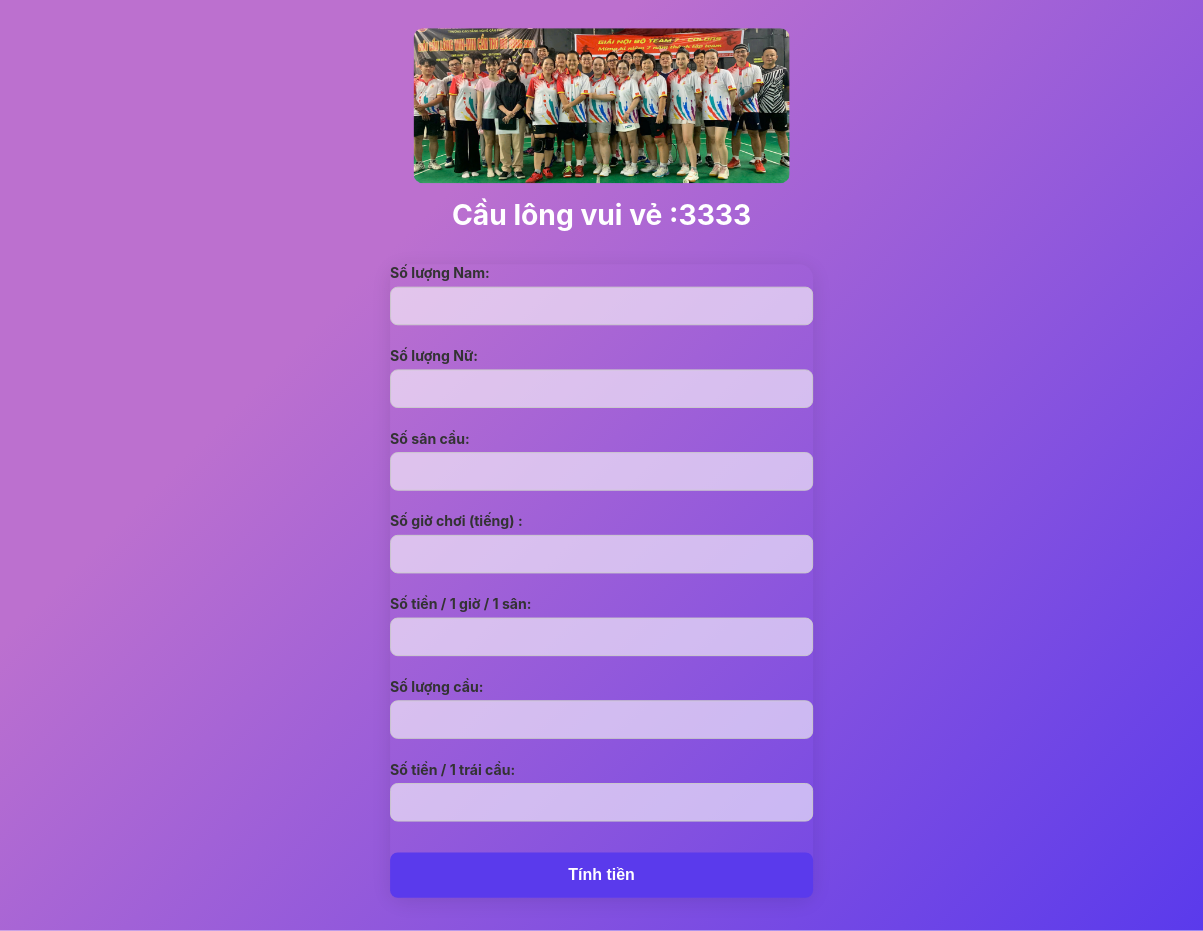
Repository: LuongPTCE181311/Badminton
Page: index.html
An editor plug-in stored every save of this project. The page is shown before and after the next save, followed by the edit.
The browser window is 1280 px wide. The pictures show the whole page, at 94% of full size.

Above is the page before, as saved 2025-12-08 00:44:18.

### index.html
<!DOCTYPE html>
<html lang="vi">

<head>
    <meta charset="UTF-8" />
    <meta name="viewport" content="width=device-width, initial-scale=1.0" />
    <title>Tính Tiền Sân Cầu Lông</title>
    <link rel="stylesheet" href="assets/css/style.css" />
</head>

<body>


    <div class="hero">
        <img src="assets/images/Caulongvuive.jpg" id="img" class="hero-img" alt="Group" />
        <h1 class="title">Cầu lông vui vẻ :3333</h1>
    </div>


    <div class="container">
        <form id="calcForm">


            <div class="form-group">
                <label>Số lượng Nam:</label>
                <input type="number" id="men" />
                <span class="error" id="men_err"></span>
            </div>


            <div class="form-group">
                <label>Số lượng Nữ:</label>
                <input type="number" id="women" />
                <span class="error" id="women_err"></span>
            </div>


            <div class="form-group">
                <label>Số sân cầu:</label>
                <input type="number" id="courts" />
                <span class="error" id="courts_err"></span>
            </div>


            <div class="form-group">
                <label>Số giờ chơi (tiếng) :</label>
                <input type="number" id="hours" />
                <span class="error" id="hours_err"></span>
            </div>


            <div class="form-group">
                <label>Số tiền / 1 giờ / 1 sân:</label>
                <input type="number" id="pricePerHour" />
                <span class="error" id="pricePerHour_err"></span>
            </div>


            <div class="form-group">
                <label>Số lượng cầu:</label>
                <input type="number" id="shuttleCount" />
                <span class="error" id="shuttleCount_err"></span>
            </div>


            <div class="form-group">
                <label>Số tiền / 1 trái cầu:</label>
                <input type="number" id="pricePerShuttle" />
                <span class="error" id="pricePerShuttle_err"></span>
            </div>


            <button type="button" id="calculateBtn" class="btn">Tính tiền</button>
        </form>
    </div>


    <div id="resultModal" class="modal hidden">
        <div class="modal-content">
            <h2>Kết Quả Tính Tiền</h2>
            <div id="result"></div>
            <button id="closeModal" class="close-btn">Đóng</button>
        </div>
    </div>


    <script src="assets/js/main.js"></script>
</body>

</html>

### assets/css/style.css
* {
  box-sizing: border-box;
}

body {
  margin: 0;
  padding: 10px;
  font-family: -apple-system, BlinkMacSystemFont, "Segoe UI", Roboto,
    "Helvetica Neue", Arial, sans-serif;
  background: linear-gradient(135deg, #bc70cf 30%, #5a3aec 100%);
  min-height: 100vh;
}

.hero {
  text-align: center;
  padding-top: 20px;
  max-width: 100%;
  overflow: hidden;
}

.hero-img {
  width: 100%;
  max-width: 400px;
  height: auto;
  display: block;
  margin: 0 auto 15px auto;
  border-radius: 10px;
  object-fit: cover;
}

.close-btn {
  padding: 12px;
  font-size: 15px;
  border-radius: 10px;
  width: 100%;
  margin-top: 3%;
  background-color: #bd5ad6;
  border: none;
  outline: none;
  color: white;
}

.title {
  font-size: clamp(24px, 5vw, 30px);
  font-weight: bold;
  color: white;
  margin: 10px 0;
  text-shadow: 2px 2px 4px rgba(0, 0, 0, 0 3);
  padding: 0 15px;
}

.container {
  width: calc(100% - 20px);
  max-width: 450px;
  margin: 25px auto;
  ba
  padding: 25px;
  border-radius: 15px;
  box-shadow: 0 4px 20px rgba(0, 0, 0, 0.1);
}

label {
  font-weight: 700;
  display: block;
  margin-bottom: 5px;
  font-size: 15px;
  color: #333;
}

input {
  width: 100%;
  padding: 12px;
  background: rgba(255, 255, 255, 0.6) !important;
  border-radius: 8px;
  border: 1px solid #ccc;
  transition: 0.3s;
  -webkit-appearance: none;
  appearance: none;
}

input:focus {
  outline: none;
  border-color: #1e88e5;
  box-shadow: 0 0 0 3px rgba(30, 136, 229, 0.1);
}

input.error-border {
  border-color: #e53935 !important;
}

.error {
  font-size: 12px;
  color: #d84747;
  font-weight: 600;
  display: block;
  margin-top: 5px;
  min-height: 18px;
}

.btn {
  width: 100%;
  padding: 14px;
  background: #5a3aec;
  color: white;
  font-size: 17px;
  font-weight: 600;
  border: none;
  border-radius: 8px;
  cursor: pointer;
  transition: background 0.3s, transform 0.1s;
  margin-top: 10px;
}

.btn:hover {
  background: #3c22b3;
}

.btn:active {
  transform: scale(0.98);
}

.modal {
  position: fixed;
  inset: 0;
  background: rgba(0, 0, 0, 0.5);
  display: flex;
  justify-content: center;
  align-items: center;
  z-index: 1000;
  padding: 20px;
}

.hidden {
  display: none !important;
}

.modal-content {
  background: white;
  padding: 25px;
  width: calc(100% - 40px);
  max-width: 400px;
  border-radius: 15px;
  text-align: left;
  box-shadow: 0 4px 15px rgba(0, 0, 0, 0.2);
  max-height: 90vh;
  overflow-y: auto;
}

.modal-content h2 {
  margin-top: 0;
  margin-bottom: 20px;
  text-align: center;
  color: #333;
  font-size: clamp(20px, 4vw, 24px);
}

#result {
  line-height: 1.8;
  font-size: 14px;
  color: #555;
}

#result b {
  color: #333;
}

. close-btn {
  margin-top: 20px;
  background: #e53935;
  color: white;
  padding: 12px;
  width: 100%;
  border: none;
  border-radius: 8px;
  cursor: pointer;
  font-size: 16px;
  font-weight: 600;
  transition: background 0.3s, transform 0.1s;
}

.close-btn:hover {
  background: #d32f2f;
}

. close-btn:active {
  transform: scale(0.98);
}

/* Tablet devices */
@media screen and (max-width: 768px) {
  body {
    padding: 10px;
  }

  . container {
    width: calc(100% - 20px);
    margin: 20px auto;
    padding: 20px;
  }

  . hero {
    padding: 15px 0;
  }

  .hero-img {
    max-width: 350px;
  }
}

/* Mobile devices */
@media screen and (max-width: 480px) {
  body {
    padding: 10px;
  }

  .container {
    width: calc(100% - 20px);
    margin: 15px auto;
    padding: 20px 15px;
    border-radius: 12px;
  }

  .hero {
    padding: 10px 0;
  }

  . hero-img {
    max-width: 100%;
    width: calc(100% - 20px);
    margin: 0 auto 10px auto;
  }

  .title {
    font-size: 22px;
    padding: 0 10px;
  }

  . form-group {
    margin-bottom: 12px;
  }

  label {
    font-size: 14px;
  }

  input {
    width: 100%;
    padding: 12px;
    background: rgba(255, 255, 255, 0.6) !important;
    border-radius: 8px;
    border: 1px solid #ccc;
    transition: 0.3s;
    -webkit-appearance: none;
    appearance: none;
  }

  .btn {
    padding: 14px;
    font-size: 16px;
  }

  . modal {
    padding: 15px;
  }

  .modal-content {
    width: calc(100% - 30px);
    padding: 20px;
    border-radius: 12px;
  }

  .modal-content h2 {
    font-size: 20px;
    margin-bottom: 15px;
  }

  #result {
    font-size: 13px;
    line-height: 1.7;
  }

  .close-btn {
    padding: 12px;
    font-size: 15px;
    border-radius: 10px;
    width: 100%;
    margin-top: 3%;
    background-color: #bd5ad6;
    border: none;
    outline: none;
    color: white;
  }
}

/* Very small mobile devices */
@media screen and (max-width: 360px) {
  body {
    padding: 8px;
  }

  . container {
    width: calc(100% - 16px);
    padding: 15px 12px;
  }

  . title {
    font-size: 20px;
  }

  . hero-img {
    width: calc(100% - 16px);
  }

  input {
    width: 100%;
    padding: 12px;
    background: rgba(255, 255, 255, 0.6) !important;
    border-radius: 8px;
    border: 1px solid #ccc;
    transition: 0.3s;
    -webkit-appearance: none;
    appearance: none;
  }

  .btn {
    padding: 12px;
    font-size: 15px;
  }

  .modal-content {
    width: calc(100% - 24px);
    padding: 15px;
  }

  #result {
    font-size: 12px;
  }
}

/* Landscape orientation on mobile */
@media screen and (max-height: 600px) and (orientation: landscape) {
  body {
    padding: 5px;
  }

  . hero {
    padding: 5px 0;
  }

  .hero-img {
    max-width: 200px;
    max-height: 120px;
    margin-bottom: 5px;
  }

  .title {
    font-size: 18px;
    margin: 5px 0;
  }

  .container {
    margin: 10px auto;
    width: calc(100% - 10px);
    max-width: 600px;
  }

  . modal-content {
    max-height: 85vh;
  }
}

### assets/js/main.js
// ===================== VALIDATION =========================

function setError(id, message) {
  const input = document.getElementById(id);
  const err = document.getElementById(id + "_err");
  err.textContent = message;
  input.classList.add("error-border");
}

function clearError(id) {
  const input = document.getElementById(id);
  const err = document.getElementById(id + "_err");
  err.textContent = "";
  input.classList.remove("error-border");
}

function validateField(id) {
  const value = document.getElementById(id).value.trim();

  switch (id) {
    case "men":
    case "women":
      if (value === "" || isNaN(value) || parseInt(value) < 0) {
        setError(id, "Giá trị phải ≥ 0");
        return false;
      }
      const men = parseInt(document.getElementById("men").value) || 0;
      const women = parseInt(document.getElementById("women").value) || 0;
      if (men === 0 && women === 0) {
        setError(id, "Nam + Nữ phải ≥ 1");
        return false;
      }
      break;

    case "courts":
      if (value === "" || isNaN(value) || parseInt(value) <= 0) {
        setError(id, "Số sân phải > 0");
        return false;
      }
      break;

    case "hours":
      if (value === "" || isNaN(value) || parseFloat(value) <= 0) {
        setError(id, "Số giờ phải > 0 (cho phép thập phân)");
        return false;
      }
      break;

    case "pricePerHour":
      if (value === "" || isNaN(value) || parseInt(value) < 1000) {
        setError(id, "Tiền / giờ phải ≥ 1000đ");
        return false;
      }
      break;

    case "shuttleCount":
      if (value === "" || isNaN(value) || parseInt(value) <= 0) {
        setError(id, "Số lượng cầu phải > 0");
        return false;
      }
      break;

    case "pricePerShuttle":
      if (value === "" || isNaN(value) || parseInt(value) < 1000) {
        setError(id, "Tiền 1 trái cầu phải ≥ 1000đ");
        return false;
      }
      break;
  }

  clearError(id);
  return true;
}

[
  "men",
  "women",
  "courts",
  "hours",
  "pricePerHour",
  "shuttleCount",
  "pricePerShuttle",
].forEach((id) => {
  document.getElementById(id).addEventListener("input", () => {
    validateField(id);
    if (id === "men" || id === "women") {
      const otherId = id === "men" ? "women" : "men";
      validateField(otherId);
    }
  });
});

// ===================== MODAL =========================

function closeModal() {
  document.getElementById("resultModal").classList.add("hidden");
}

function openModal() {
  document.getElementById("resultModal").classList.remove("hidden");
}

document.getElementById("closeModal").addEventListener("click", closeModal);

function roundUpToThousand(num) {
  return Math.ceil(num / 1000) * 1000;
}

// ===================== THUẬT TOÁN TỐI ƯU =========================

function findOptimalSplit(total, men, women) {
  let bestSolution = null;
  let minDifference = Infinity;
  for (let targetDiff = 3000; targetDiff <= 5000; targetDiff += 1000) {
    let perWoman = (total - targetDiff * men) / (men + women);
    let perMan = perWoman + targetDiff;
    perWoman = roundUpToThousand(perWoman);
    perMan = roundUpToThousand(perMan);
    while (perMan - perWoman < 3000) {
      perMan += 1000;
    }
    while (perMan - perWoman > 5000) {
      perWoman += 1000;
    }
    let actualTotal = perMan * men + perWoman * women;
    while (actualTotal < total) {
      const option1Woman = perWoman + 1000;
      const option1Total = perMan * men + option1Woman * women;
      if (perMan - option1Woman < 3000) {
        perMan += 1000;
      }
      perWoman = option1Woman;
      actualTotal = perMan * men + perWoman * women;
    }
    const genderDiff = perMan - perWoman;
    if (genderDiff < 3000 || genderDiff > 5000) {
      continue;
    }
    const difference = actualTotal - total;
    if (difference < minDifference) {
      minDifference = difference;
      bestSolution = {
        perMan: perMan,
        perWoman: perWoman,
        actualTotal: actualTotal,
        genderDiff: genderDiff,
      };
    }
  }

  return bestSolution;
}

// ===================== CALCULATE =========================

document.getElementById("calculateBtn").addEventListener("click", function () {
  let ok = true;
  const ids = [
    "men",
    "women",
    "courts",
    "hours",
    "pricePerHour",
    "shuttleCount",
    "pricePerShuttle",
  ];

  ids.forEach((id) => {
    if (!validateField(id)) ok = false;
  });

  if (!ok) return;

  const men = parseInt(document.getElementById("men").value) || 0;
  const women = parseInt(document.getElementById("women").value) || 0;
  const courts = parseInt(document.getElementById("courts").value);
  const hours = parseFloat(document.getElementById("hours").value);
  const pHour = parseInt(document.getElementById("pricePerHour").value);
  const scount = parseInt(document.getElementById("shuttleCount").value);
  const pShut = parseInt(document.getElementById("pricePerShuttle").value);

  const courtCost = courts * hours * pHour;
  const shuttleCost = scount * pShut;
  const total = courtCost + shuttleCost;

  let perMan = 0,
    perWoman = 0,
    actualTotal = 0;

  if (men > 0 && women > 0) {
    const solution = findOptimalSplit(total, men, women);
    perMan = solution.perMan;
    perWoman = solution.perWoman;
    actualTotal = solution.actualTotal;

    document.getElementById("result").innerHTML = `
        <b>Chi tiết chi phí:</b><br>
        • Tiền sân: ${courts} sân × ${hours}h × ${pHour.toLocaleString(
      "vi-VN"
    )}đ = ${courtCost.toLocaleString("vi-VN")} VND<br>
        • Tiền cầu: ${scount} cầu × ${pShut.toLocaleString(
      "vi-VN"
    )}đ = ${shuttleCost.toLocaleString("vi-VN")} VND<br><br>

        <b>Tổng dự kiến:</b> ${total.toLocaleString("vi-VN")} VND<br>
        <b>Tổng thực tế:</b> ${actualTotal.toLocaleString("vi-VN")} VND<br>
        <b>Chênh lệch tổng:</b> +${(actualTotal - total).toLocaleString(
          "vi-VN"
        )} VND<br><br>

        <b>Tiền mỗi nam:</b> <b>${perMan.toLocaleString(
          "vi-VN"
        )} đ </b>(x${men})<br>
        <b>Tiền mỗi nữ:</b> <b>${perWoman.toLocaleString(
          "vi-VN"
        )} đ </b>(x${women})<br><br>

        <b>Chênh lệch Nam/Nữ:</b> ${(perMan - perWoman).toLocaleString(
          "vi-VN"
        )} đ
    `;
  } else if (men > 0) {
    perMan = roundUpToThousand(total / men);
    actualTotal = perMan * men;

    document.getElementById("result").innerHTML = `
        <b>Chi tiết chi phí:</b><br>
        • Tiền sân: ${courts} sân × ${hours}h × ${pHour.toLocaleString(
      "vi-VN"
    )}đ = ${courtCost.toLocaleString("vi-VN")} VND<br>
        • Tiền cầu: ${scount} cầu × ${pShut.toLocaleString(
      "vi-VN"
    )}đ = ${shuttleCost.toLocaleString("vi-VN")} VND<br><br>

        <b>Tổng dự kiến:</b> ${total.toLocaleString("vi-VN")} VND<br>
        <b>Tổng thực tế:</b> ${actualTotal.toLocaleString("vi-VN")} VND<br>
        <b>Chênh lệch:</b> +${(actualTotal - total).toLocaleString(
          "vi-VN"
        )} VND<br><br>

        <b>Tiền mỗi nam:</b> <b> ${perMan.toLocaleString(
          "vi-VN"
        )} đ </b>(x${men})
    `;
  } else {
    perWoman = roundUpToThousand(total / women);
    actualTotal = perWoman * women;

    document.getElementById("result").innerHTML = `
        <b>Chi tiết chi phí:</b><br>
        • Tiền sân: ${courts} sân × ${hours}h × ${pHour.toLocaleString(
      "vi-VN"
    )}đ = ${courtCost.toLocaleString("vi-VN")} VND<br>
        • Tiền cầu: ${scount} cầu × ${pShut.toLocaleString(
      "vi-VN"
    )}đ = ${shuttleCost.toLocaleString("vi-VN")} VND<br><br>

        <b>Tổng dự kiến:</b> ${total.toLocaleString("vi-VN")} VND<br>
        <b>Tổng thực tế:</b> ${actualTotal.toLocaleString("vi-VN")} VND<br>
        <b>Chênh lệch:</b> +${(actualTotal - total).toLocaleString(
          "vi-VN"
        )} VND<br><br>

        <b>Tiền mỗi nữ:</b> <b>${perWoman.toLocaleString(
          "vi-VN"
        )} đ</b> (x${women})
    `;
  }

  openModal();
});

After the next save:
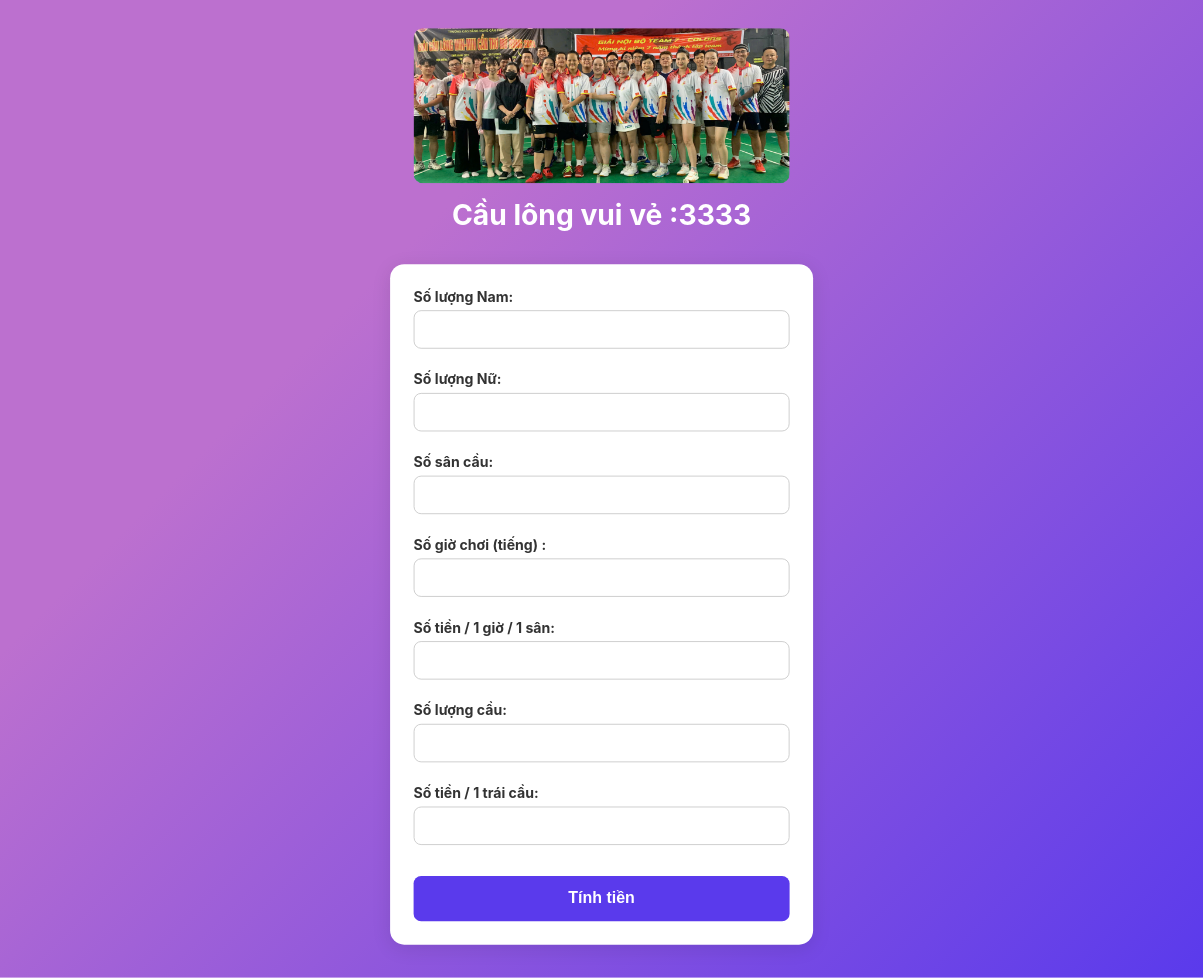
Saved 7 s later.
--- a/assets/css/style.css
+++ b/assets/css/style.css
@@ -53,7 +53,7 @@
   width: calc(100% - 20px);
   max-width: 450px;
   margin: 25px auto;
-  ba
+  background-color: white;
   padding: 25px;
   border-radius: 15px;
   box-shadow: 0 4px 20px rgba(0, 0, 0, 0.1);
